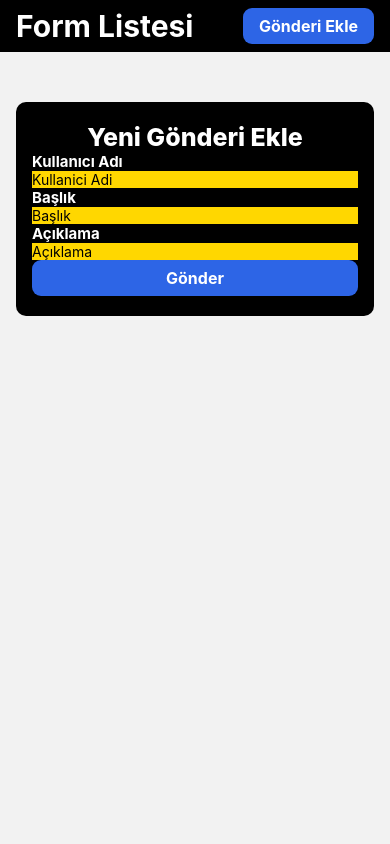
Repository: Kubraaygun/FirebaseRN
Screen: /
An editor plug-in stored every save of this project. The screen is shown before and after the next save, followed by the edit.
The app was drawn by React Native's web renderer in a window 390 px wide. The project was rebuilt for these pictures with package versions that can differ from the ones it lists, and the page was loaded fresh each time. Also part of the build but not shown: src/screens/ListPost/ListPostView.jsx, src/screens/ListPost/ListPostController.jsx.

Above is the screen before, as saved 2025-01-20 20:50:21.

After the next save:
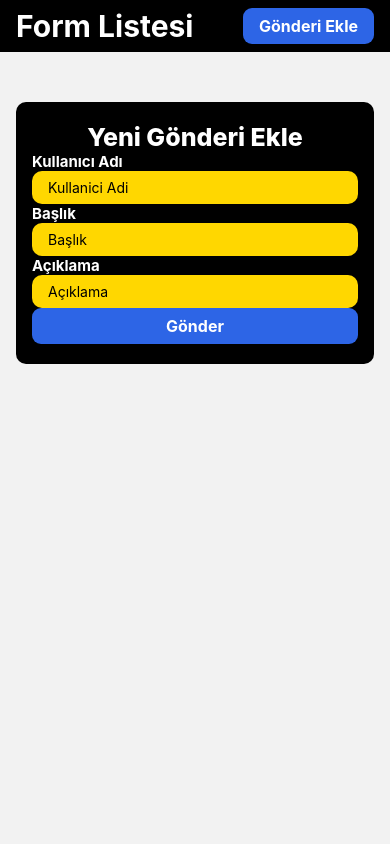
Saved 18 s later.
--- a/src/screens/AddPost/AddPostView.jsx
+++ b/src/screens/AddPost/AddPostView.jsx
@@ -62,5 +62,8 @@ const styles = StyleSheet.create({
   },
   input: {
     backgroundColor: 'gold',
+    paddingHorizontal: 16,
+    paddingVertical: 8,
+    borderRadius: 10,
   },
 });
